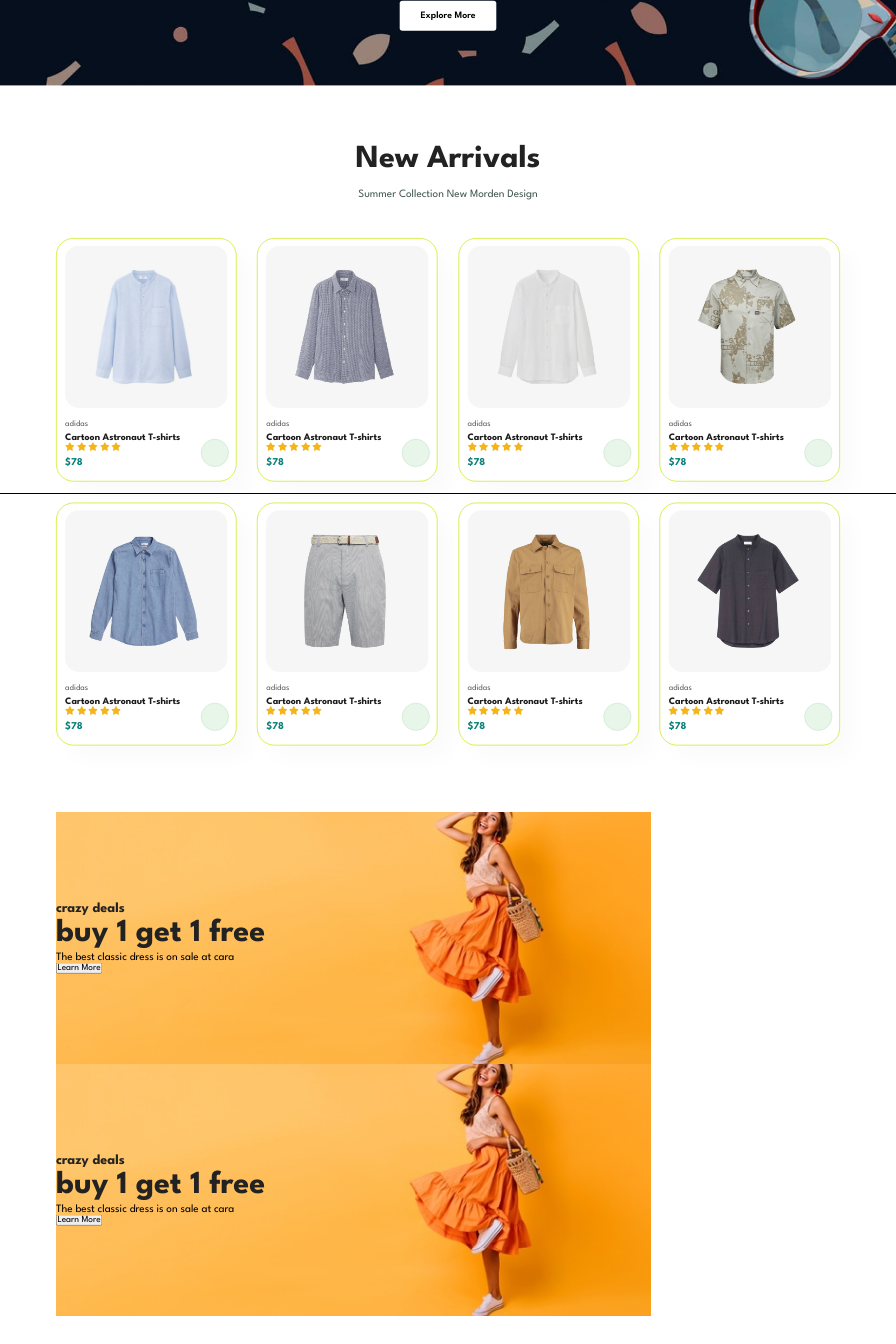
Repository: quy261001/cara
Page: index.html
The author's editor kept a copy of each file at every save. The page is drawn from the files as they stood at one save, then again after the next save.
The browser window is 1280 px wide. The pictures show the part of the page from y = 2200 to 4120 px (the page is 4120 px tall), at 70% of full size.

Above is the page before, as saved 2022-05-01 20:44:09.

After the next save:
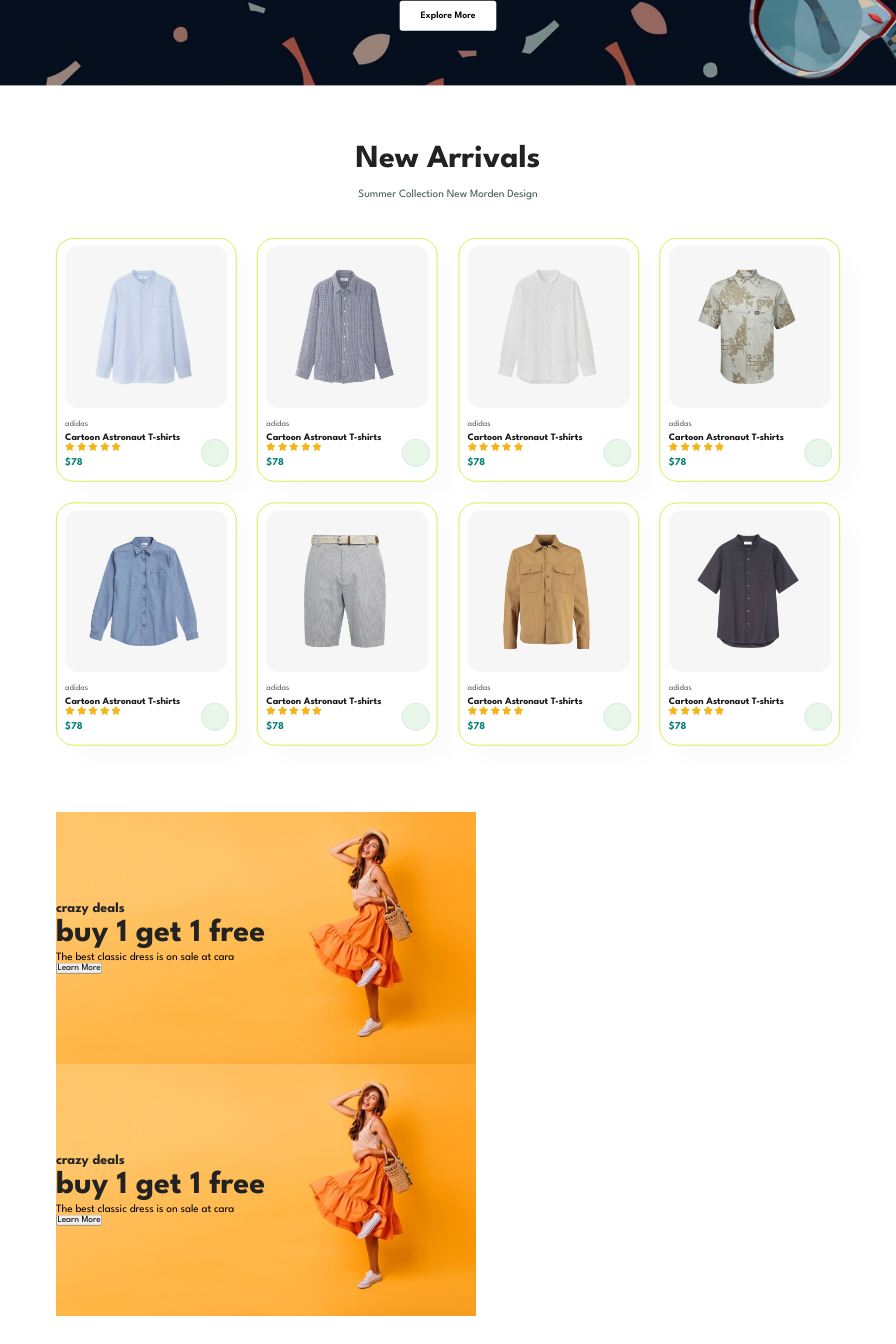
Saved 50 s later.
--- a/style.css
+++ b/style.css
@@ -287,7 +287,7 @@
   align-items: flex-start;
   text-align: center;
   background-image: url("img/banner/b17.jpg");
-  min-width: 850px;
+  min-width: 600px;
   height: 50vh;
   background-size: cover;
   background-position: center;

After the save that followed:
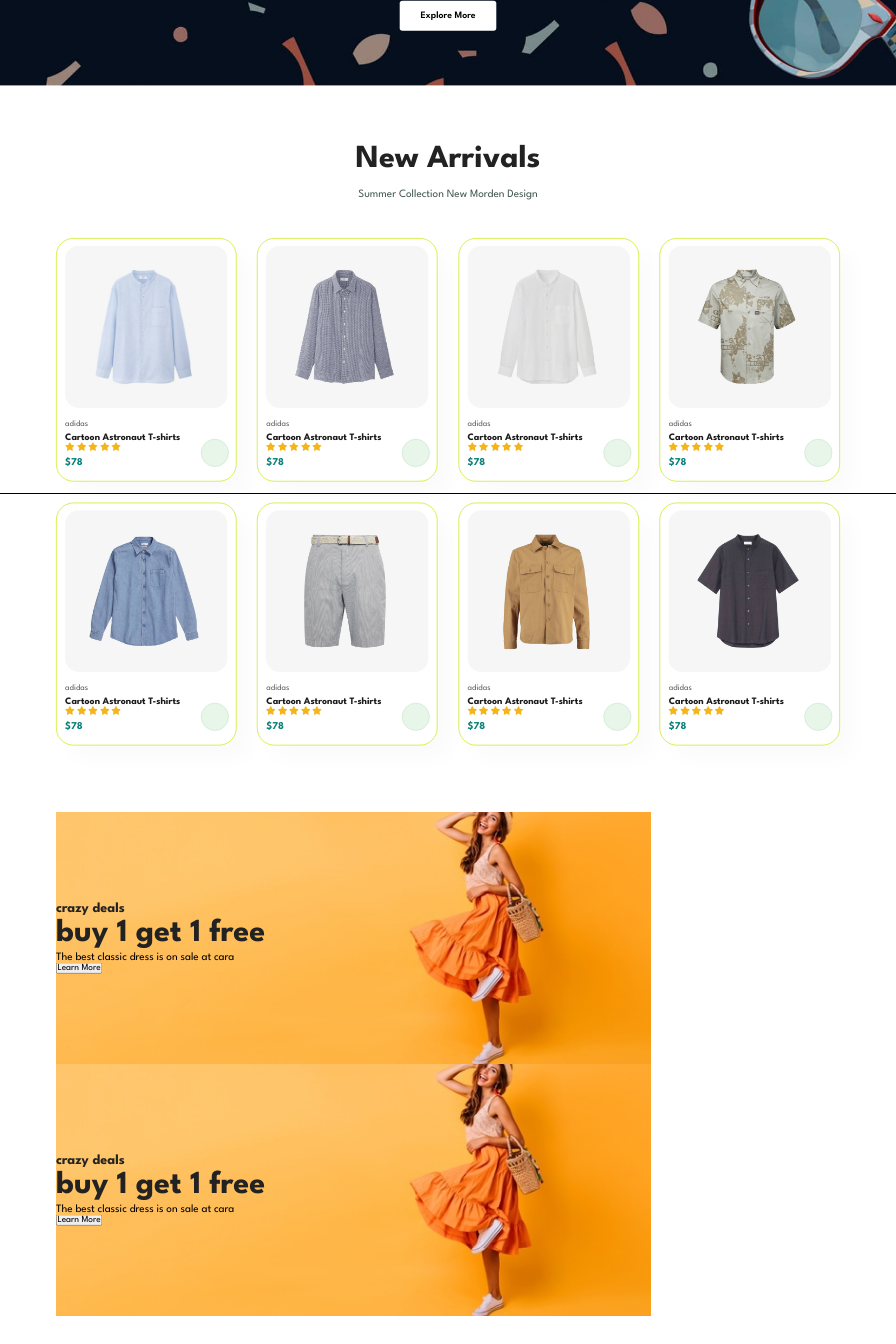
Saved 7 s later.
--- a/style.css
+++ b/style.css
@@ -287,7 +287,7 @@
   align-items: flex-start;
   text-align: center;
   background-image: url("img/banner/b17.jpg");
-  min-width: 600px;
+  min-width: 850px;
   height: 50vh;
   background-size: cover;
   background-position: center;
